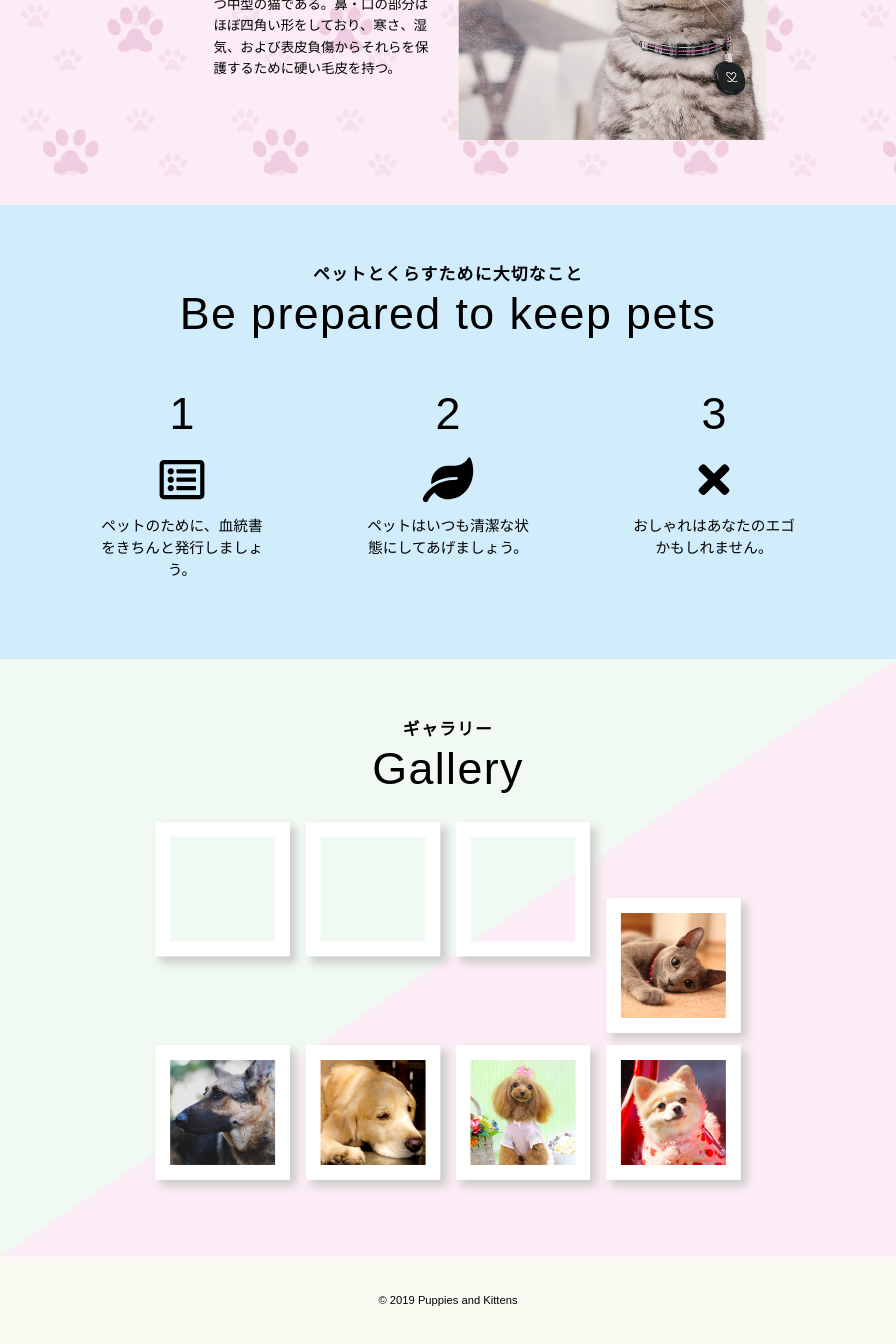
Repository: taekowithrowgit/frontend
Page: environment/api/add-api/rich-site/index.html
The author's editor kept a record of every edit. The page is drawn from the files as they stood at one moment, then again after the next edit.
The browser window is 1280 px wide. The pictures show the part of the page from y = 1955 to 3875 px (the page is 3875 px tall before and 3773 px after), at 70% of full size.
A picture or video elsewhere on the page could not be fetched, so the positions and the page height are approximate. The page's requests for data from a server got no answer. Some web fonts or font styles are not loaded; a fallback is used.

Above is the page before.

### environment/api/add-api/rich-site/index.html
<!DOCTYPE html>
<html lang="ja">

<head>
  <meta charset="utf-8">
  <title>Puppies and Kittens!</title>
  <meta name="viewport" content="width=device-width, initial-scale=1">

  <!-- Webフォント -->
  <link href="https://fonts.googleapis.com/css?family=Droid+Serif" rel="stylesheet">

  <!-- Bootstrap CSS -->
  <link rel="stylesheet" href="https://stackpath.bootstrapcdn.com/bootstrap/4.3.1/css/bootstrap.min.css">

  <!-- その他のライブラリのCSS -->
  <link rel="stylesheet" href="css/vendor/animate.css">
  <link rel="stylesheet" href="css/vendor/magnific-popup.css">

  <link rel="stylesheet" href="css/main.css">

  <noscript>
    <!-- JavaScriptが無効化されている場合の追加スタイルシート -->
    <link rel="stylesheet" href="css/noscript.css">
  </noscript>
</head>

<body data-spy="scroll" data-target="#navbar">
  <div class="top">

    <!-- ナビゲーションバー -->
    <nav class="navbar fixed-top navbar-expand-md navbar-light bg-light">
      <div class="container-fluid">

        <!-- ホームリンク -->
        <a href="#" class="navbar-brand" aria-label="ホーム">
          <i class="fas fa-paw" aria-hidden="true"></i>
        </a>

        <!-- 画面幅が狭い時に表示されるハンバーガーメニュー -->
        <button class="navbar-toggler" type="button" data-toggle="collapse" data-target="#navbar"
          aria-controls="navbar" aria-expanded="false" aria-label="Toggle navigation">
          <span class="navbar-toggler-icon"></span>
        </button>

        <!-- メニュー -->
        <div class="collapse navbar-collapse" id="navbar">
          <ul class="navbar-nav mr-auto">
            <li class="nav-item">
              <a class="nav-link" href="#top">Top</a>
            </li>
            <li class="nav-item">
              <a class="nav-link" href="#puppies">子犬</a>
            </li>
            <li class="nav-item">
              <a class="nav-link" href="#kittens">子猫</a>
            </li>
            <li class="nav-item">
              <a class="nav-link" href="#prepare">大切なこと</a>
            </li>
            <li class="nav-item">
              <a class="nav-link" href="#gallery">ギャラリー</a>
            </li>
          </ul>
        </div>
        <!--/.nav-collapse -->
      </div>
      <!--/.container-fluid -->
    </nav>

    <!-- 背景とビデオ -->
    <div class="top__bg">
      <video autoplay muted loop class="top__video">
        <source src="video/top-video.mp4" type="video/mp4">
      </video>
    </div>

    <div class="top__text-box">
      <h1 class="top__title">Puppies and Kittens!</h1>
      <div class="top__catchphrase">世界の子犬と子猫を大切に育てよう</div>
    </div>
  </div>

  <!-- 子犬の種類 -->
  <section id="puppies" class="puppies">
    <div class="puppies__phrase animated">子犬の種類</div>
    <h2 class="puppies__title animated">Puppies</h2>
    <div class="showcase showcase--leftpic container-fluid tabs animated">
      <div class="row">

        <!-- 拡大写真 -->
        <div class="tabs__content col-md-6 text-center">
          <div class="puppies-1">
            <img class="img-fluid rounded" src="img/puppy1.jpg" width="500" height="500" alt="シェパード">
          </div>
          <div class="puppies-2">
            <img class="img-fluid rounded" src="img/puppy2.jpg" width="500" height="500" alt="レトリバー">
          </div>
          <div class="puppies-3">
            <img class="img-fluid rounded" src="img/puppy3.jpg" width="500" height="500" alt="プードル">
          </div>
          <div class="puppies-4">
            <img class="img-fluid rounded" src="img/puppy4.jpg" width="500" height="500" alt="ポメラニアン">
          </div>
        </div>
        <!--/.tabs__content -->

        <!-- サムネイルと説明文 -->
        <div class="col-md-6 mt-2 mt-md-0">

          <!-- サムネイル -->
          <ul class="showcase__thumbnails tabs__menu">
            <li>
              <a href="#puppies-1">
                <img class="rounded" src="img/thumbnail/puppy1.jpg" width="60" height="60" alt="シェパード">
              </a>
            </li>
            <li>
              <a href="#puppies-2">
                <img class="rounded" src="img/thumbnail/puppy2.jpg" width="60" height="60" alt="レトリバー">
              </a>
            </li>
            <li>
              <a href="#puppies-3">
                <img class="rounded" src="img/thumbnail/puppy3.jpg" width="60" height="60" alt="プードル">
              </a>
            </li>
            <li>
              <a href="#puppies-4">
                <img class="rounded" src="img/thumbnail/puppy4.jpg" width="60" height="60" alt="ポメラニアン">
              </a>
            </li>
          </ul>
          <!--/.showcase__thumbnails -->

          <!-- 説明文 -->
          <div class="tabs__content">
            <section id="puppies-1">
              <div class="showcase__details">
                <h3 class="showcase__kind-name">シェパード</h3>
                <p class="showcase__kind-description">
                  ジャーマン・シェパード・ドッグは、ドイツ原産の犬種。「ドイツの牧羊犬」という意味である。この犬種は知的で忠誠心と服従心に富み、訓練を好む性格から種々な作業犬として訓練され、災害救助犬・軍用犬・警察犬・麻薬探知犬など特殊訓練を必要とする作業犬として活用されている。
                </p>
              </div>
            </section>
            <section id="puppies-2">
              <div class="showcase__details">
                <h3 class="showcase__kind-name">レトリバー</h3>
                <p class="showcase__kind-description">
                  ゴールデン・レトリバーは、イギリス原産の大型犬である。賢さ及び忠誠心を兼ね備え、穏和な性格の犬種であるためペットとして広く愛好されている。
                </p>
              </div>
            </section>
            <section id="puppies-3">
              <div class="showcase__details">
                <h3 class="showcase__kind-name">プードル</h3>
                <p class="showcase__kind-description">
                  プードルは、水中回収犬、鳥獣猟犬や愛玩犬(ペット)として飼育される犬種である。古くからヨーロッパで広くみられ、特にフランスでの人気が高く、「フレンチ・プードル」と呼称されることもある。
                </p>
              </div>
            </section>
            <section id="puppies-4">
              <div class="showcase__details">
                <h3 class="showcase__kind-name">ポメラニアン</h3>
                <p class="showcase__kind-description">
                  ポメラニアンは、犬の品種（犬種）の一つ。祖先犬は、スピッツ系に属する他の犬種と同じく、サモエド（ロシアのシベリアを原産としたトナカイの番やカモシカ狩り、そり引きをする犬）であると言われる。ポメラニアンという名前は、原産地のバルト海南岸の、3つの川に囲まれた低地であるポメラニア地方にちなんでいる。
                </p>
              </div>
            </section>
          </div>
          <!--/.tabs__content -->
        </div>
        <!--/.col-md-6 -->

      </div>
      <!--/.row -->
    </div>
    <!--/.showcase -->
  </section>
  <!--/.puppies -->

  <!-- 子猫の種類 -->
  <section id="kittens" class="kittens">
    <div class="kittens__phrase animated">子猫の種類</div>
    <h2 class="kittens__title animated">Kittens</h2>
    <div class="showcase showcase--rightpic container-fluid tabs animated">
      <div class="row">

        <!-- 拡大写真 -->
        <div class="tabs__content col-md-6 order-md-last text-center">
          <div class="kittens-1">
            <img class="img-fluid rounded" src="img/kitten1.jpg" width="500" height="500" alt="アメリカンショートヘア">
          </div>
          <div class="kittens-2">
            <img class="img-fluid rounded" src="img/kitten2.jpg" width="500" height="500" alt="スコティッシュフォールド">
          </div>
          <div class="kittens-3">
            <img class="img-fluid rounded" src="img/kitten3.jpg" width="500" height="500" alt="ベンガル">
          </div>
          <div class="kittens-4">
            <img class="img-fluid rounded" src="img/kitten4.jpg" width="500" height="500" alt="ロシアンブルー">
          </div>
        </div>
        <!--/.tabs__content -->

        <!-- サムネイルと説明文 -->
        <div class="col-md-6 mt-2 mt-md-0">

          <!-- サムネイル -->
          <ul class="showcase__thumbnails tabs__menu">
            <li>
              <a href="#kittens-1">
                <img class="rounded" src="img/thumbnail/kitten1.jpg" width="60" height="60" alt="アメリカンショートヘア">
              </a>
            </li>
            <li>
              <a href="#kittens-2">
                <img class="rounded" src="img/thumbnail/kitten2.jpg" width="60" height="60" alt="スコティッシュフォールド">
              </a>
            </li>
            <li>
              <a href="#kittens-3">
                <img class="rounded" src="img/thumbnail/kitten3.jpg" width="60" height="60" alt="ベンガル">
              </a>
            </li>
            <li>
              <a href="#kittens-4">
                <img class="rounded" src="img/thumbnail/kitten4.jpg" width="60" height="60" alt="ロシアンブルー">
              </a>
            </li>
          </ul>
          <!--/.showcase__thumbnails -->

          <!-- 説明文 -->
          <div class="tabs__content">
            <section id="kittens-1">
              <div class="showcase__details">
                <h3 class="showcase__kind-name">アメリカンショートヘア</h3>
                <p class="showcase__kind-description">
                  アメリカン・ショートヘアは、猫の品種。17世紀にメイフラワー号でアメリカに上陸したネコの子孫とされる。運動能力の高い、大きな脚を持つ中型の猫である。鼻・口の部分はほぼ四角い形をしており、寒さ、湿気、および表皮負傷からそれらを保護するために硬い毛皮を持つ。
                </p>
              </div>
            </section>
            <section id="kittens-2">
              <div class="showcase__details">
                <h3 class="showcase__kind-name">スコティッシュフォールド</h3>
                <p class="showcase__kind-description">
                  スコティッシュフォールドは、イギリスにその起源を有する猫の一品種。スコットランドで発見された突然変異の猫の個体から発生したこの品種は、折れ曲がったその独特の耳を何よりも際立った特徴としている。
                </p>
              </div>
            </section>
            <section id="kittens-3">
              <div class="showcase__details">
                <h3 class="showcase__kind-name">ベンガル</h3>
                <p class="showcase__kind-description">
                  ベンガルは、ネコの品種のひとつである。野生のヤマネコと短毛種のイエネコを交配して作られた。原産国はアメリカ。短毛種。頭は比較的小さく耳は比較的大きく、丸みのあるくさび型をしている。鼻は幅広。目は少しつり目気味で、丸い形をしている。
                </p>
              </div>
            </section>
            <section id="kittens-4">
              <div class="showcase__details">
                <h3 class="showcase__kind-name">ロシアンブルー</h3>
                <p class="showcase__kind-description">
                  ロシアンブルーは短毛種であり、毛の色はブルー（猫の場合、グレーの被毛を指す）によるソリッド・カラー。また尻尾にゴースト・タビーが見られることもある。アイカラーはグリーン、目の形はラウンド型、体形はフォーリン・タイプである。
                </p>
              </div>
            </section>
          </div>
          <!--/.tabs__content -->
        </div>
        <!--/.mt-md-0 -->

      </div>
      <!--/.row -->
    </div>
    <!--/.showcase -->
  </section>
  <!--/.kittens -->

  <!-- ペットとくらすために大切なこと -->
  <section id="prepare" class="prepare">
    <div class="prepare__phrase animated">ペットとくらすために大切なこと</div>
    <h2 class="prepare__title animated">Be prepared to keep pets</h2>
    <div class="container">
      <div class="row">

        <!-- その1 -->
        <div class="card col-lg-4 bg-transparent border-0 animated">
          <div class="card-body">
            <div class="card__number">1</div>
            <div class="card__icon">
              <i class="far fa-list-alt" aria-hidden="true"></i>
            </div>
            <div class="card__description">
              ペットのために、血統書をきちんと発行しましょう。
            </div>
          </div>
        </div>
        <!--/.card -->

        <!-- その2 -->
        <div class="card col-lg-4 bg-transparent border-0 animated">
          <div class="card-body">
            <div class="card__number">2</div>
            <div class="card__icon">
              <i class="fas fa-leaf" aria-hidden="true"></i>
            </div>
            <div class="card__description">
              ペットはいつも清潔な状態にしてあげましょう。
            </div>
          </div>
        </div>
        <!--/.card -->

        <!-- その3 -->
        <div class="card col-lg-4 bg-transparent border-0 animated">
          <div class="card-body">
            <div class="card__number">3</div>
            <div class="card__icon">
              <i class="fas fa-times" aria-hidden="true"></i>
            </div>
            <div class="card__description">
              おしゃれはあなたのエゴかもしれません。
            </div>
          </div>
        </div>
        <!--/.card -->
      </div>
      <!--/.row -->
    </div>
    <!--/.container -->
  </section>
  <!--/.prepare -->

  <!-- ギャラリー -->
  <section id="gallery" class="gallery">
    <div class="gallery__phrase animated">ギャラリー</div>
    <h2 class="gallery__title animated">Gallery</h2>
    <div class="image-gallery animated">
      <div class="image-gallery__item">
        <!--<a class="d-inline-block" href="img/kitten1.jpg">-->
        <!--  <img class="img-fluid" src="img/gallery-thumbnail/kitten1.jpg" width="150" height="150" alt="アメリカンショートヘア">-->
        <!--</a>-->
      </div>
      <div class="image-gallery__item">
        <!--<a class="d-inline-block" href="img/kitten2.jpg">-->
        <!--  <img class="img-fluid" src="img/gallery-thumbnail/kitten2.jpg" width="150" height="150" alt="スコティッシュフォールド">-->
        <!--</a>-->
      </div>
      <div class="image-gallery__item">
        <!--<a class="d-inline-block" href="img/kitten3.jpg">-->
        <!--  <img class="img-fluid" src="img/gallery-thumbnail/kitten3.jpg" width="150" height="150" alt="ベンガル">-->
        <!--</a>-->
      </div>
      <div class="image-gallery__item">
        <a class="d-inline-block" href="img/kitten4.jpg">
          <img class="img-fluid" src="img/gallery-thumbnail/kitten4.jpg" width="150" height="150" alt="ロシアンブルー">
        </a>
      </div>
      <div class="image-gallery__item">
        <a class="d-inline-block" href="img/puppy1.jpg">
          <img class="img-fluid" src="img/gallery-thumbnail/puppy1.jpg" width="150" height="150" alt="シェパード">
        </a>
      </div>
      <div class="image-gallery__item">
        <a class="d-inline-block" href="img/puppy2.jpg">
          <img class="img-fluid" src="img/gallery-thumbnail/puppy2.jpg" width="150" height="150" alt="レトリバー">
        </a>
      </div>
      <div class="image-gallery__item">
        <a class="d-inline-block" href="img/puppy3.jpg">
          <img class="img-fluid" src="img/gallery-thumbnail/puppy3.jpg" width="150" height="150" alt="プードル">
        </a>
      </div>
      <div class="image-gallery__item">
        <a class="d-inline-block" href="img/puppy4.jpg">
          <img class="img-fluid" src="img/gallery-thumbnail/puppy4.jpg" width="150" height="150" alt="ポメラニアン">
        </a>
      </div>
    </div>
    <!--/.image-gallery -->
  </section>
  <!--/.gallery -->

  <!-- フッター -->
  <footer>
    &copy; 2019 Puppies and Kittens
  </footer>

  <!-- まずjQuery -->
  <script src="https://code.jquery.com/jquery-3.4.1.min.js"></script>

  <!-- Popper.js, 次に Bootstrap JS -->
  <script src="https://cdnjs.cloudflare.com/ajax/libs/popper.js/1.14.7/umd/popper.min.js"></script>
  <script src="https://stackpath.bootstrapcdn.com/bootstrap/4.3.1/js/bootstrap.min.js"></script>

  <!-- その他のライブラリのJavaScript -->
  <script src="js/vendor/jquery.waypoints.min.js"></script>
  <script src="js/vendor/jquery.magnific-popup.min.js"></script>
  <script src="js/vendor/mobile-detect.min.js"></script>

  <script src="js/main.js"></script>

  <!-- Font Awesome -->
  <script defer src="https://use.fontawesome.com/releases/v5.7.2/js/all.js"></script>
</body>

</html>

### environment/api/add-api/rich-site/css/main.css
@charset "UTF-8";

body {
  color: #000;
  background-color: #fff;
  font-family: "Droid Serif", YuGothic, "游ゴシック", sans-serif;
}

.gallery-popup__caption {
  width: 500px;
  margin-left: auto;
  margin-right: auto;
  padding: 0 5px;
  background-color: #fff;
}

.animated {
  /* アニメーションで表示させるため最初は非表示 */
  opacity: 0;
}

.showcase {
  /* 左右中央に置く */
  margin: 0 auto;

  width: 88%;
  max-width: 940px;
}

.showcase__details {
  /* 左右中央に置く */
  margin: 0 auto;

  width: 100%;
  max-width: 460px;
}

.showcase__kind-name {
  font-size: 1.5rem;
  font-weight: 700;
}

.showcase__kind-description {
  font-size: 1.2rem;
  line-height: 1.6;
}

.card {
  text-align: center;
  margin-bottom: 3em;
}

.card__number,
.card__icon {
  font-size: 2.5rem;
}

.card__description {
  /* 左右中央に置く */
  margin: 0 auto;

  font-size: 1.3125rem;
  width: 80%;
}

.image-gallery {
  /* 左右中央に置く */
  margin: 0 auto;
  text-align: center;

  width: 90%;
  max-width: 1024px;
}

.image-gallery__item {
  /* 横に並ぶようにする */
  display: inline-block;

  /* width, heightがborderを含んだサイズになるようにする */
  box-sizing: border-box;

  width: 120px;
  height: 120px;

  /* 白い枠をつける */
  border: 8px solid #fff;

  /* 影をつける */
  box-shadow: 4px 4px 6px 1px #ccc;

  margin-left: 9px;
  margin-right: 9px;
  margin-bottom: 18px;

  /* 0.1秒かけて値を変化させるエフェクト */
  -webkit-transition: -webkit-transform 0.1s;
  transition: -webkit-transform 0.1s;
  transition: transform 0.1s;
  transition: transform 0.1s, -webkit-transform 0.1s;
}

.image-gallery__item:hover {
  /* 1.1倍に拡大 */
  -webkit-transform: scale(1.1);
  transform: scale(1.1);
}

.top {
  /* 子要素でposition:absoluteを使うため必要 */
  position: relative;
}

.top,
.top__bg {
  /* 画面いっぱいに広げる */
  width: 100%;
  height: 100vh;
  overflow: hidden;
}

.top__title {
  margin-bottom: 10px;
  font-size: 4rem;
  line-height: 77px;
  letter-spacing: 4px;
}

.top__catchphrase {
  font-size: 0.9rem;
}

.top__bg {
  /* .topと同じ左上位置に置く */
  position: absolute;
  left: 0;
  top: 0;

  /* 背景画像を画面いっぱいに置く */
  background-color: #fff;
  background-image: none;
  background-size: cover;
  background-position: center;
}

.top__video {
  /* モバイル（デフォルト）では非表示 */
  display: none;

  /* 動画を画面いっぱいに表示 */
  position: absolute;
  top: 50%;
  left: 50%;
  min-height: 100%;
  min-width: 100%;
  -webkit-transform: translate(-50%, -50%);
  transform: translate(-50%, -50%);
}

.top__text-box {
  /* 上下中央に置く */
  position: relative;
  top: 50%;
  left: 0;
  -webkit-transform: translateY(-50%);
  transform: translateY(-50%);
  text-align: center;
  width: 100%;

  font-weight: 100;
}

.puppies {
  padding-top: 82px;
  padding-bottom: 92px;

  /* 上から重ねる順に指定 */
  background: url(../img/puppies-bg-large.png), url(../img/puppies-bg-small.png),
    #f0faf2;
}

.puppies__phrase,
.kittens__phrase,
.prepare__phrase,
.gallery__phrase {
  text-align: center;
  font-size: 1rem;
  font-weight: 700;
  letter-spacing: 1.79px;
}

.puppies__title,
.kittens__title,
.prepare__title,
.gallery__title {
  margin-bottom: 37px;
  text-align: center;
  font-size: 2.4rem;
  letter-spacing: 2px;
}

.kittens {
  padding-top: 82px;
  padding-bottom: 92px;

  /* 上から重ねる順に背景を指定 */
  background: url(../img/kittens-bg-large.png), url(../img/kittens-bg-small.png),
    #fcecf5;
}

.prepare {
  padding-top: 82px;
  padding-bottom: 44px;
  background-color: #d1edfb;
}

.gallery {
  padding-top: 82px;
  padding-bottom: 92px;
  background-color: #faf7f0;
  background-image: -webkit-linear-gradient(
    top left,
    #f0faf2,
    #f0faf2 50%,
    #fcecf5 50%,
    #fcecf5
  );
  background-image: linear-gradient(
    to bottom right,
    #f0faf2,
    #f0faf2 50%,
    #fcecf5 50%,
    #fcecf5
  );
}

footer {
  padding: 50px 0;
  background-color: #fafaf3;
  text-align: center;
}

/*
 * -------------------------------
 * 子犬、子猫の種類で使うタブ - ここから
 * -------------------------------
 */
/* ulのデフォルトスタイルを消去 */
.tabs__menu {
  margin: 0;
  padding: 0;
  list-style-type: none;
  text-align: center;
}

/* タブの基本スタイル */
.tabs__menu li {
  display: inline-block;
  margin-bottom: 12px;
  opacity: 0.5;

  /* 各プロパティをふわっと変える演出 */
  -webkit-transition: all 0.15s;
  transition: all 0.15s;
}
.tabs__menu a {
  display: block;
  color: #557f95;
  text-decoration: none;
}

/* 非選択のタブにマウスを乗せたら色を変える */
.tabs__menu li:not(.active):hover {
  opacity: 0.7;
}

/* 選択中のタブ */
.tabs__menu .active {
  opacity: 1;
}
.tabs__menu .active a {
  color: #3f4548;
}

/* 各タブのコンテンツはデフォルトで非表示 */
.tabs__content section {
  display: none;
}

.tabs__content section.active {
  display: block;
}
/*
 * -------------------------------
 * 子犬、子猫の種類で使うタブ - ここまで
 * -------------------------------
 */

/*
 * -------------------------------
 * Magnific Popupのフェードイン・フェードアウト - ここから
 * -------------------------------
 */
/* オーバーレイする背景 初期状態 */
.mfp-fade.mfp-bg {
  opacity: 0;

  -webkit-transition: all 0.3s ease-out;
  -moz-transition: all 0.3s ease-out;
  transition: all 0.3s ease-out;
}
/* オーバーレイする背景 開始時アニメーション */
.mfp-fade.mfp-bg.mfp-ready {
  opacity: 0.8;
}
/* オーバーレイする背景 終了時アニメーション */
.mfp-fade.mfp-bg.mfp-removing {
  opacity: 0;
}

/* コンテンツ 初期状態 */
.mfp-fade.mfp-wrap .mfp-content {
  opacity: 0;

  -webkit-transition: all 0.3s ease-out;
  -moz-transition: all 0.3s ease-out;
  transition: all 0.3s ease-out;
}
/* コンテンツ 開始時アニメーション */
.mfp-fade.mfp-wrap.mfp-ready .mfp-content {
  opacity: 1;
}
/* コンテンツ 終了時アニメーション */
.mfp-fade.mfp-wrap.mfp-removing .mfp-content {
  opacity: 0;
}
/*
 * -------------------------------
 * Magnific Popupのフェードイン・フェードアウト - ここまで
 * -------------------------------
 */

/* Bootstrapのmd以上の表示幅で適用されるスタイル */
@media (min-width: 768px) {
  .top__catchphrase {
    font-size: 1.125rem;
  }

  .puppies__title,
  .kittens__title,
  .prepare__title,
  .gallery__title {
    font-size: 4rem;
  }

  .puppies__phrase,
  .kittens__phrase,
  .prepare__phrase,
  .gallery__phrase {
    font-size: 1.5rem;
  }

  .image-gallery__item {
    width: 192px;
    height: 192px;
    border: 21px solid #fff;
    box-shadow: 8px 8px 12px 1px #ccc;
  }

  .card__number,
  .card__icon {
    font-size: 4rem;
  }

  .showcase--leftpic .showcase__thumbnails {
    text-align: left;
  }
  .showcase--rightpic .showcase__thumbnails {
    text-align: right;
  }

  .showcase--rightpic .showcase__kind-name {
    text-align: right;
  }

  .showcase__details {
    max-width: 320px;
  }
  .showcase--leftpic .showcase__details {
    margin: 0 auto 0 0;
  }
  .showcase--rightpic .showcase__details {
    margin: 0 0 0 auto;
  }
}

/* 印刷用スタイル */
@media print {
  .animated {
    /* すべて表示 */
    opacity: 1;
  }
}

Loaded but not shown: environment/api/add-api/rich-site/css/vendor/animate.css (library); environment/api/add-api/rich-site/css/vendor/magnific-popup.css (library); environment/api/add-api/rich-site/js/vendor/jquery.waypoints.min.js (library); environment/api/add-api/rich-site/js/vendor/jquery.magnific-popup.min.js (library); environment/api/add-api/rich-site/js/vendor/mobile-detect.min.js (library); environment/api/add-api/rich-site/js/main.js (310 lines, source omitted)

After the next edit:
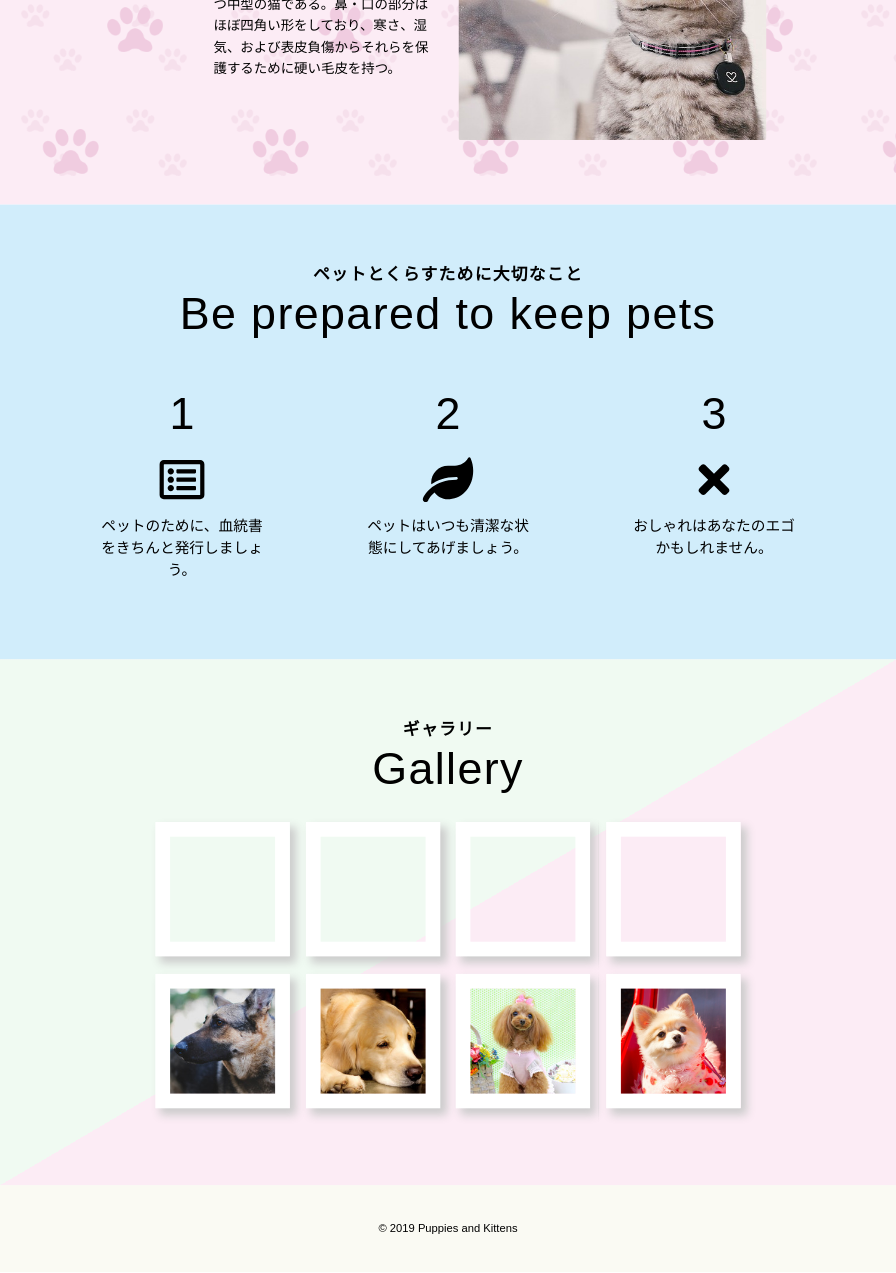
The edit:
--- a/environment/api/add-api/rich-site/index.html
+++ b/environment/api/add-api/rich-site/index.html
@@ -352,9 +352,9 @@
         <!--</a>-->
       </div>
       <div class="image-gallery__item">
-        <a class="d-inline-block" href="img/kitten4.jpg">
-          <img class="img-fluid" src="img/gallery-thumbnail/kitten4.jpg" width="150" height="150" alt="ロシアンブルー">
-        </a>
+        <!--<a class="d-inline-block" href="img/kitten4.jpg">-->
+        <!--  <img class="img-fluid" src="img/gallery-thumbnail/kitten4.jpg" width="150" height="150" alt="ロシアンブルー">-->
+        <!--</a>-->
       </div>
       <div class="image-gallery__item">
         <a class="d-inline-block" href="img/puppy1.jpg">
